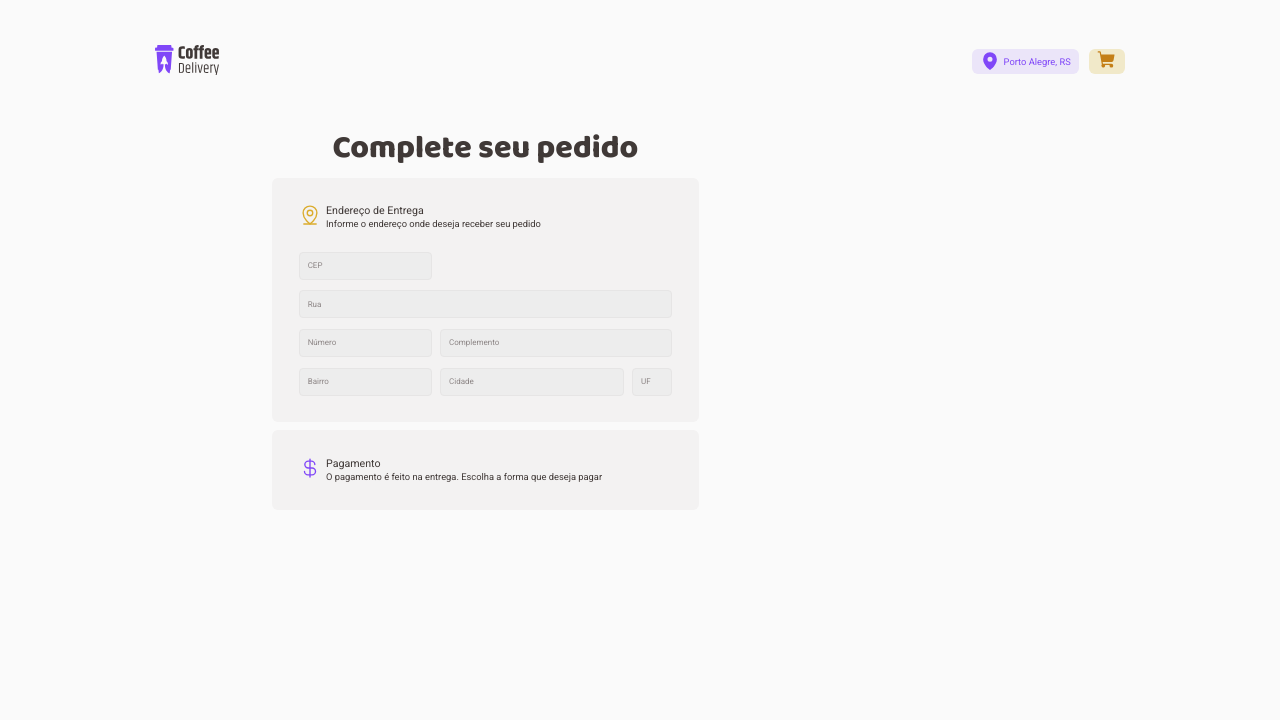
Repository: guilhermecardoso93/react-coffee-delivery
Page: /completeorder
An editor plug-in stored every save of this project. The page is shown before and after the next save, followed by the edit.
The browser window is 1280 px wide. The pictures show the whole page.
The project was rebuilt for these pictures with package versions that can differ from the ones it lists, and the page was loaded fresh each time. Also part of the build but not shown: vite.config.ts, src/pages/Home/Intro/styles.ts, src/pages/Home/Intro/index.tsx, src/data/coffees.ts, src/pages/Home/MenuCard/styles.ts, src/components/QuantityInput/styles.ts, src/components/QuantityInput/index.tsx, src/utils/formatMoney.ts and 5 more.

Above is the page before, as saved 2022-07-20 20:07:56.

### index.html
<!DOCTYPE html>
<html lang="en">
  <head>
    <meta charset="UTF-8" />
    <link rel="icon" type="image/svg+xml" href="/src/assets/favicon.ico" />
    <link rel="preconnect" href="https://fonts.googleapis.com" />
    <link rel="preconnect" href="https://fonts.gstatic.com" crossorigin />
    <meta name="viewport" content="width=device-width, initial-scale=1.0" />
    <link
      href="https://fonts.googleapis.com/css2?family=Baloo+2:wght@700;800&family=Roboto:wght@400;500;700&display=swap"
      rel="stylesheet"
    />
    <title>Coffee Delivery - Rocketseat</title>
  </head>
  <body>
    <div id="root"></div>
    <script type="module" src="/src/main.tsx"></script>
  </body>
</html>

### src/App.tsx
import { ThemeProvider } from "styled-components";
import { defaultTheme } from "./styles/themes/default";
import { GlobalStyle } from "./styles/global";
import { Router } from "./Router";
import { BrowserRouter } from "react-router-dom";

export function App() {
  return (
    <ThemeProvider theme={defaultTheme}>
      <BrowserRouter>
        <Router />
        <GlobalStyle />
      </BrowserRouter>
    </ThemeProvider>
  );
}

### src/styles/themes/default.ts
export const defaultTheme = {
  colors: {
    "white": "#FFFFFF",
    "base-background": "#FAFAFA",
    "base-card": "#F3F2F2",
    "base-input": "#EDEDED",
    "base-button": "#E6E5E5",
    "base-hover": "#D7D5D5",
    "base-label": "#8D8686",
    "base-text": "#574F4D",
    "base-subtitle": "#403937",
    "base-title": "#272221",
    "base-error": "#f84747",
    "brand-purple-dark": "#4B2995",
    "brand-purple": "#8047F8",
    "brand-purple-light": "#EBE5F9",
    "brand-yellow-dark": "#C47F17",
    "brand-yellow": "#DBAC2C",
    "brand-yellow-light": "#F1E9C9"
  },
  textSizes: {
    "title-title-xl": "3rem",
    "title-title-l": "2rem",
    "title-title-m": "1.5rem",
    "title-title-s": "1.2rem",
    "title-title-xs": "1.125rem",
    "text-regular-l": "1.25rem",
    "text-bold-l": "1.25rem",
    "text-regular-m": "1rem",
    "text-bold-m": "1rem",
    "text-regular-s": "0.875rem",
    "text-bold-s": "0.75rem",
    "components-tag": "0.625rem",
    "components-button-g": "0.875rem",
    "components-button-s": "0.75rem",
  },
  fonts: {
    regular: "'Roboto'",
    title: "'Baloo 2'",
  },
};

### src/styles/global.ts
import { createGlobalStyle } from "styled-components";
import { px2vw } from "../utils/px2vw";

export const GlobalStyle = createGlobalStyle`
  * {
    margin: 0;
    padding: 0;
    box-sizing: border-box;
    outline: none;
  }
  :root {
      font-size: ${px2vw(16)};

      @media (min-width: 768px) {
        font-size: ${px2vw(14)};
      }

      @media (min-width: 1024px) {
        font-size: ${px2vw(12)};
      }
    }
  body {
    background: ${({ theme }) => theme.colors["base-background"]};
    color: ${({ theme }) => theme.colors["base-text"]};
    -webkit-font-smoothing: antialiased;
  }
  body, input, textarea, button {
    font-family: 'Roboto', sans-serif;
    font-weight: 400;
    font-size: 1rem;
  }
  button {
    cursor: pointer;
  }
  a {
    text-decoration: none;
  }
  input::-webkit-outer-spin-button,
  input::-webkit-inner-spin-button {
    -webkit-appearance: none;
    margin: 0;
  }
  input[type="number"] {
    -moz-appearance: textfield;
  }
  ::-webkit-scrollbar {
    width: 0.4rem;
  }
  ::-webkit-scrollbar-track {
    background: ${({ theme }) => theme.colors["base-button"]}
  }
  ::-webkit-scrollbar-thumb {
    border-radius: 2rem;
    background: ${({ theme }) => theme.colors["brand-purple"]}
  }
`;

### src/Router.tsx
import { Route, Routes } from "react-router-dom";
import { DefaultLayout } from "./layouts/DefaultLayout";
import { CompleteOrder } from "./pages/CompleteOrder";
import { Home } from "./pages/Home";

export function Router() {
  return (
    <Routes>
      <Route path="/" element={<DefaultLayout />}>
        <Route path="/" element={<Home />} />
        <Route path="/completeorder" element={<CompleteOrder />} />
      </Route>
    </Routes>
  );
}

### src/utils/px2vw.ts
export const px2vw = (size: number, width = 1440) => `${(size / width) * 100}vw`;

### src/pages/CompleteOrder/index.tsx
import { CompleteOrderForm } from "./components/CompleteOrderForm";
import { CompleteOrderContainer } from "./styles";

export function CompleteOrder() {
  return (
    <CompleteOrderContainer className="container">
      <CompleteOrderForm/>
    </CompleteOrderContainer>
  );
}

### src/components/Header/index.tsx
import { MapPin, ShoppingCart } from "phosphor-react";
import { NavLink } from "react-router-dom";
import Logo from "../../assets/logo.svg";
import { HeaderButton, HeaderButtonBase, HeaderContainer } from "./styles";

export function Header() {
  return (
    <HeaderContainer>
      <div>
        <NavLink to="/">
          <img
            src={Logo}
            alt="Coffee Delivery Logo - copo de café escrito delivery"
          />
        </NavLink>
      </div>
      <div>
        <HeaderButton>
          <HeaderButtonBase variant="purple">
            <MapPin size={20} weight="fill" />
            Porto Alegre, RS
          </HeaderButtonBase>
          <HeaderButtonBase variant="yellow">
            <NavLink to="/completeorder">
              <ShoppingCart size={20} weight="fill" />
            </NavLink>
          </HeaderButtonBase>
        </HeaderButton>
      </div>
    </HeaderContainer>
  );
}

### src/layouts/DefaultLayout/styles.ts
import styled from "styled-components";

export const LayoutContainer = styled.div`
  max-width: 80vw;
  margin: 0 auto;
  padding: 2.5rem;

  display: flex;
  flex-direction: column;

  .container {
    width: 100%;
    max-width: 70rem;
    margin-right: auto;
    margin-left: auto;

    padding: 0 0.5rem;
  }
`;

### src/pages/CompleteOrder/components/CompleteOrderForm/index.tsx
import { MapPinLine, CurrencyDollar } from "phosphor-react";
import { useTheme } from "styled-components";
import { TitleText } from "../../../../components/Texts";
import { SectionTitleForm } from "../SectiontitleForm";
import { AddressForm } from "./AdressForm";
import { CompleteOrderFormContainer, FormSectionContainer } from "./styles";

export function CompleteOrderForm() {
  const { colors } = useTheme();
  return (
    <CompleteOrderFormContainer>
      <TitleText size="xl" color="subtitle">
        {" "}Complete seu pedido
      </TitleText>

      <FormSectionContainer>
        <SectionTitleForm
          title="Endereço de Entrega"
          subtitle="Informe o endereço onde deseja receber seu pedido"
          icon={<MapPinLine size={22} color={colors["brand-yellow"]} />}
        />
        <AddressForm />
      </FormSectionContainer>

      <FormSectionContainer>
        <SectionTitleForm
          title="Pagamento"
          subtitle="O pagamento é feito na entrega. Escolha a forma que deseja pagar"
          icon={<CurrencyDollar size={22} color={colors["brand-purple"]} />}
        />
      </FormSectionContainer>
    </CompleteOrderFormContainer>
  );
}

### src/pages/CompleteOrder/styles.ts
import styled from "styled-components";

export const CompleteOrderContainer = styled.form`
  display: flex;
  align-items: center;
  justify-content: space-between;

  margin-top: 3rem;
`;

export const SectionBaseStyle = styled.div`
  width: 100%;
  background: ${({ theme }) => theme.colors["base-card"]};
  border-radius: 6px;
  padding: 2.5rem;
`;

### src/components/Header/styles.ts
import styled, { css } from "styled-components";

export const HeaderContainer = styled.header`
  width: 100%;
  display: flex;
  align-items: center;
  justify-content: space-between;
  height: 6.5rem;
  background: ${({ theme }) => theme.colors["base-background"]};
  position: sticky;
  top: 0;
  left: 0;
  z-index: 5;

  img {
    width:6rem;
  }
`;

export const HeaderButton = styled.div`
  display: flex;
  align-items: center;
  justify-content: center;
  gap: 1rem;
`;

interface HeaderButtonProps {
  variant: "purple" | "yellow";
}

export const HeaderButtonBase = styled.div<HeaderButtonProps>`
  display: flex;
  justify-content: center;
  align-items: center;
  padding: 8px;
  gap: 4px;
  border-radius: 6px;
  border: none;
  min-width: 2.3rem;
  height: 2.3rem;
  position: relative;
  font-size: 0.875rem;

  ${({ variant, theme }) =>
    variant === "purple" &&
    css`
      background-color: ${theme.colors[`brand-${variant}-light`]};
      color: ${theme.colors[`brand-${variant}`]};
    `}

  ${({ variant, theme }) =>
    variant === "yellow" &&
    css`
      background-color: ${theme.colors[`brand-${variant}-light`]};
      svg {
        color: ${theme.colors[`brand-${variant}-dark`]};
      }
    `}
`;

### src/components/Texts.ts
import styled from "styled-components";

interface TitleTextProps {
  size?: "xl" | "l" | "m" | "s" | "xs";
  color?: "title" | "subtitle" | "text";
  weight?: string | number;
}

interface RegularTextProps {
  size?: "l" | "m" | "s";
  color?: "text" | "subtitle" | "label";
  weight?: string | number;
}

export const TitleText = styled.h1<TitleTextProps>`
  color: ${({ theme, color }) => theme.colors[`base-${color ?? "title"}`]};
  font-size: ${({ theme, size }) =>
    theme.textSizes[`title-title-${size ?? "m"}`]};
  font-family: ${({ theme }) => theme.fonts.title};
  line-height: 130%;
  font-weight: ${({ weight }) => weight ?? 800};
`;

export const RegularText = styled.p<RegularTextProps>`
  color: ${({ theme, color }) => theme.colors[`base-${color ?? "text"}`]};
  font-size: ${({ theme, size }) =>
    theme.textSizes[`text-regular-${size ?? "m"}`]};
  line-height: 130%;
  font-weight: ${({ weight }) => weight ?? 400};
`;

### src/pages/CompleteOrder/components/SectiontitleForm/index.tsx
import { ReactNode } from "react";
import { RegularText, TitleText } from "../../../../components/Texts";
import { AddressForm } from "../CompleteOrderForm/AdressForm";
import { SectionTitleFormContainer } from "./styles";

interface SectionTitleProps {
  title: string;
  subtitle: string;
  icon: ReactNode;
}

export function SectionTitleForm({ title, subtitle, icon }: SectionTitleProps) {
  return (
    <SectionTitleFormContainer>
      {icon}
      <div>
        <RegularText color="subtitle">
          {title}
        </RegularText>
        <RegularText size="s" color="subtitle">
          {subtitle}
        </RegularText>
      </div>
    </SectionTitleFormContainer>
  );
}

### src/pages/CompleteOrder/components/CompleteOrderForm/AdressForm.tsx
import { Input } from "../../../../components/Input";
import { AddressFormContainer } from "./styles";

export function AddressForm() {
  return (
    <AddressFormContainer>
      <Input placeholder="CEP" type="number" className="cep" />
      <Input placeholder="Rua" type="text" className="street" />
      <Input placeholder="Número" type="number" />
      <Input placeholder="Complemento" type="text" className="complement" />
      <Input placeholder="Bairro" type="text" />
      <Input placeholder="Cidade" type="text" />
      <Input placeholder="UF" type='text'/>
    </AddressFormContainer>
  );
}

### src/pages/CompleteOrder/components/CompleteOrderForm/styles.ts
import styled from "styled-components";
import { SectionBaseStyle } from "../../styles";

export const CompleteOrderFormContainer = styled.div`
  display: flex;
  flex-direction: column;
  align-items: center;
  justify-content: space-between;

  width: 40rem;
  gap: 0.75rem;
`;

export const FormSectionContainer = styled(SectionBaseStyle)`
  display: flex;
  flex-direction: column;
  gap: 2rem;
`;

export const AddressFormContainer = styled.div`
  width: 100%;
  display: grid;
  grid-template-columns: 12.5rem 17.25rem 3.75rem;
  column-gap: 0.75rem;
  row-gap: 1rem;
  grid-auto-flow: dense;

  .cep {
    grid-column: span 3;
    max-width: 12.5rem;
  }

  .street {
    grid-column: span 3;
  }

  .complement {
    grid-column: span 2;
  }
`;

export const PaymentOptionsFormContainer = styled.div`
  display: grid;
  grid-template-columns: repeat(3fr);
  gap: 0.75rem;
`;

### src/pages/CompleteOrder/components/SectiontitleForm/styles.ts
import styled from "styled-components";

export const SectionTitleFormContainer = styled.div`
  display: flex;
  gap: 0.5rem;
`;

### src/components/Input/index.tsx
import { forwardRef, InputHTMLAttributes } from "react";
import { RegularText } from "../Texts";
import {
  InputWrapper,
  InputStyleContainer,
  InputStyled,
  RightText
} from "./styles";

type InputProps = InputHTMLAttributes<HTMLInputElement> & {
  error?: string;
  rightText?: string;
};

export const Input = forwardRef<
  HTMLInputElement,
  InputProps
>(({ error, rightText, className, ...props }, ref) => {
  return (
    <InputWrapper className={className}>
      <InputStyleContainer hasError={!!error}>
        <InputStyled ref={ref} {...props} />
        {rightText &&
          <RightText>
            {rightText}
          </RightText>}
      </InputStyleContainer>
      {error &&
        <RegularText size="s">
          {error}
        </RegularText>}
    </InputWrapper>
  );
});

### src/components/Input/styles.ts
import styled, { css } from "styled-components";

export const InputWrapper = styled.div`
  display: flex;
  flex-direction: column;
  gap: 0.3rem;
  position: relative;
  > p {
    color: ${({ theme }) => theme.colors["base-error"]};
  }
`;

interface InputContainerProps {
  hasError: boolean;
}

export const InputStyleContainer = styled.div<InputContainerProps>`
  height: 2.625rem;
  border-radius: 4px;
  border: 1px solid ${({ theme }) => theme.colors["base-button"]};
  background: ${({ theme }) => theme.colors["base-input"]};
  display: flex;
  align-items: center;
  transition: 0.4s;
  display: flex;
  align-items: center;
  justify-content: space-between;
  overflow: hidden;
  &:focus-within {
    border-color: ${({ theme }) => theme.colors["brand-yellow-dark"]};
  }
  ${({ theme, hasError }) =>
    hasError &&
    css`
      border-color: ${theme.colors["base-error"]};
    `}
`;

export const InputStyled = styled.input`
  flex: 1;
  background: none;
  border: none;
  padding: 0 0.75rem;
  height: 100%;
  font-size: 0.75rem;
  color: ${({ theme }) => theme.colors["base-text"]};
  &::placeholder {
    color: ${({ theme }) => theme.colors["base-label"]};
  }
`;

export const RightText = styled.p`
  font-size: 0.75rem;
  margin-right: 0.75rem;
  font-style: italic;
  color: ${({ theme }) => theme.colors["base-label"]};
`;

### src/pages/CompleteOrder/components/CompleteOrderForm/PaymentOptionsForm.tsx
import { Input } from "../../../../components/Input";
import { AddressFormContainer, PaymentOptionsFormContainer } from "./styles";

export function PaymentOptionsForm() {
  return (
    <PaymentOptionsFormContainer>
      <Input placeholder="CEP" type="number" className="cep" />
      <Input placeholder="Rua" type="text" className="street" />
      <Input placeholder="Número" type="number" />
      <Input placeholder="Complemento" type="text" className="complement" />
      <Input placeholder="Bairro" type="text" />
      <Input placeholder="Cidade" type="text" />
      <Input placeholder="UF" type='text'/>
    </PaymentOptionsFormContainer>
  );
}

### src/pages/CompleteOrder/components/PaymentOptionInput/index.tsx
import { ReactNode } from "react";
import { RegularText, TitleText } from "../../../../components/Texts";
import { AddressForm } from "../CompleteOrderForm/AdressForm";
import { SectionTitleFormContainer } from "./styles";

interface SectionTitleProps {
  title: string;
  subtitle: string;
  icon: ReactNode;
}

export function SectionTitleForm({ title, subtitle, icon }: SectionTitleProps) {
  return (
    <SectionTitleFormContainer>
      {icon}
      <div>
        <RegularText color="subtitle">
          {title}
        </RegularText>
        <RegularText size="s" color="subtitle">
          {subtitle}
        </RegularText>
      </div>
    </SectionTitleFormContainer>
  );
}

### src/pages/CompleteOrder/components/PaymentOptionInput/styles.ts
import styled from "styled-components";

export const SectionTitleFormContainer = styled.div`
  display: flex;
  gap: 0.5rem;
`;

Loaded but not shown: src/main.tsx (common file); src/layouts/DefaultLayout/index.tsx (common file)

After the next save:
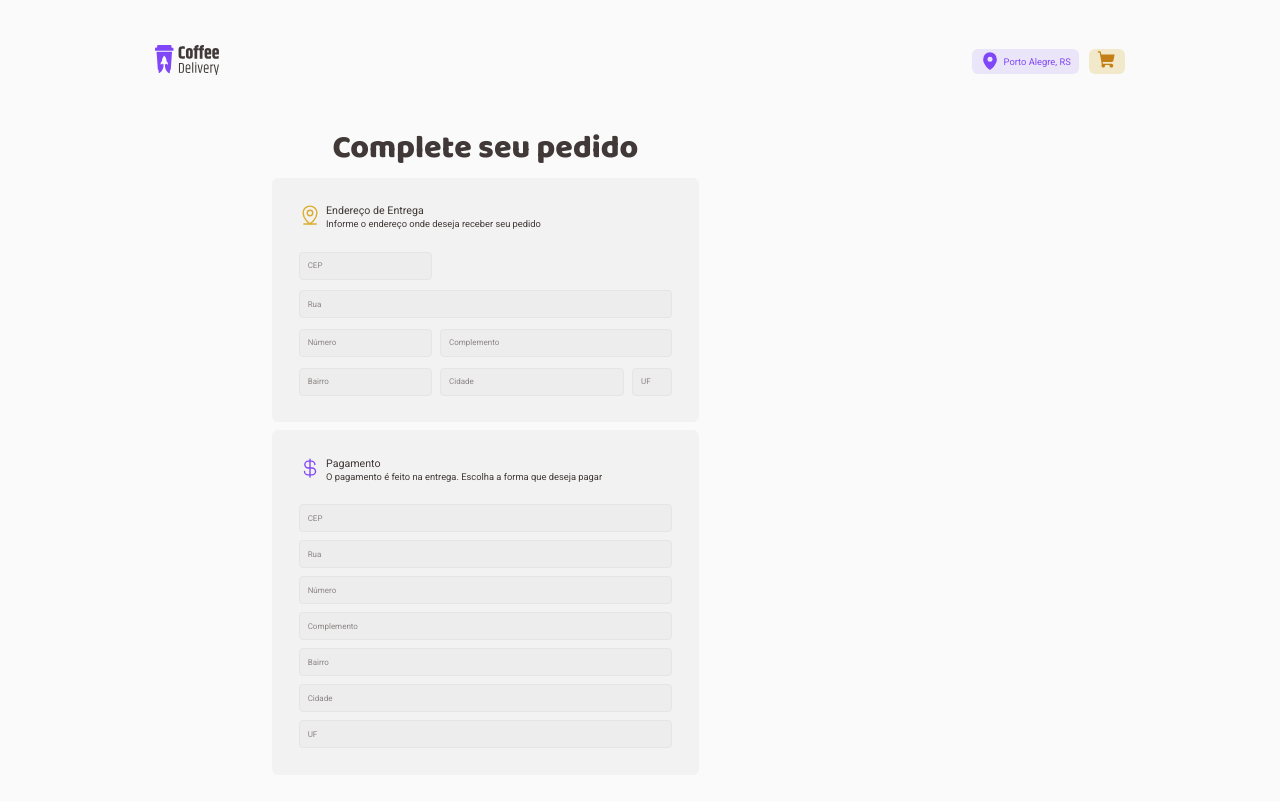
Saved 28 s later.
--- a/src/pages/CompleteOrder/components/CompleteOrderForm/index.tsx
+++ b/src/pages/CompleteOrder/components/CompleteOrderForm/index.tsx
@@ -3,6 +3,7 @@ import { useTheme } from "styled-components";
 import { TitleText } from "../../../../components/Texts";
 import { SectionTitleForm } from "../SectiontitleForm";
 import { AddressForm } from "./AdressForm";
+import { PaymentOptionsForm } from "./PaymentOptionsForm";
 import { CompleteOrderFormContainer, FormSectionContainer } from "./styles";
 
 export function CompleteOrderForm() {
@@ -28,6 +29,7 @@ export function CompleteOrderForm() {
           subtitle="O pagamento é feito na entrega. Escolha a forma que deseja pagar"
           icon={<CurrencyDollar size={22} color={colors["brand-purple"]} />}
         />
+        <PaymentOptionsForm/>
       </FormSectionContainer>
     </CompleteOrderFormContainer>
   );

After the 5 saves that followed:
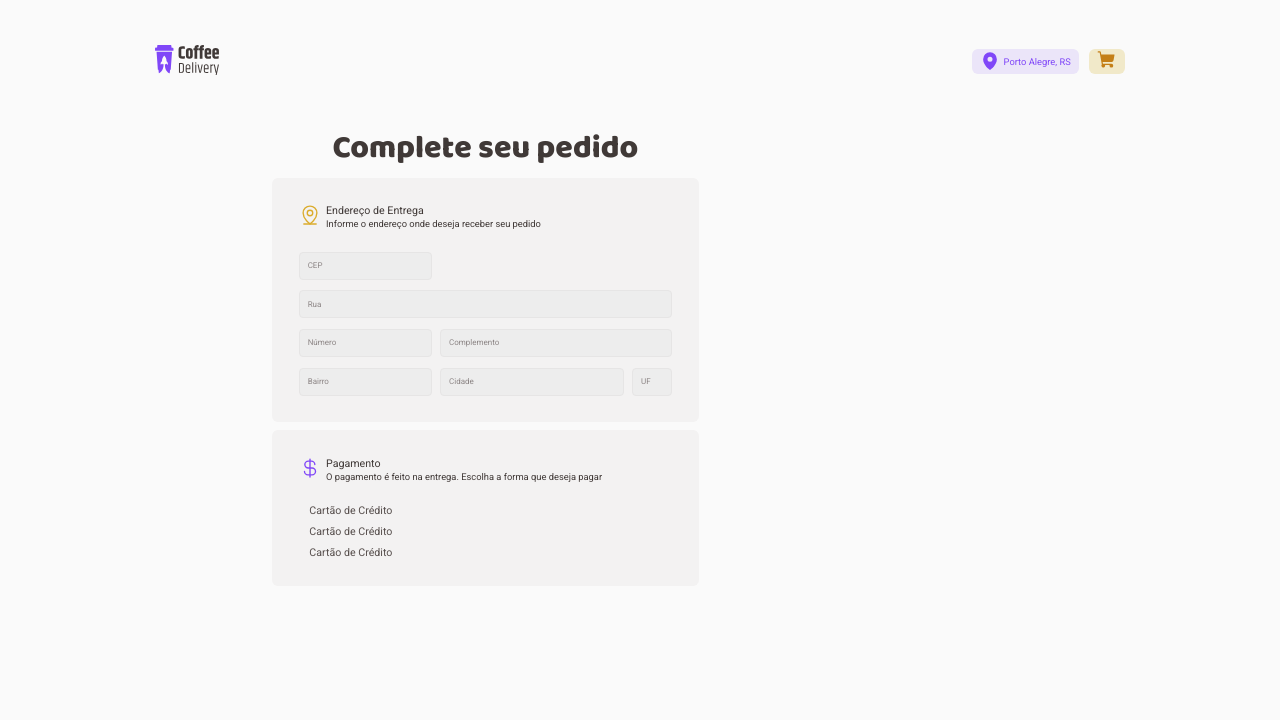
The 5 saves are shown as one change because 4 left the picture as it was.
The last was saved 3 min 44 s later.
--- a/src/pages/CompleteOrder/components/CompleteOrderForm/PaymentOptionsForm.tsx
+++ b/src/pages/CompleteOrder/components/CompleteOrderForm/PaymentOptionsForm.tsx
@@ -1,16 +1,13 @@
 import { Input } from "../../../../components/Input";
+import { PaymentOptionInput } from "../PaymentOptionInput";
 import { AddressFormContainer, PaymentOptionsFormContainer } from "./styles";
 
 export function PaymentOptionsForm() {
   return (
     <PaymentOptionsFormContainer>
-      <Input placeholder="CEP" type="number" className="cep" />
-      <Input placeholder="Rua" type="text" className="street" />
-      <Input placeholder="Número" type="number" />
-      <Input placeholder="Complemento" type="text" className="complement" />
-      <Input placeholder="Bairro" type="text" />
-      <Input placeholder="Cidade" type="text" />
-      <Input placeholder="UF" type='text'/>
+      <PaymentOptionInput/>
+      <PaymentOptionInput/>
+      <PaymentOptionInput/>
     </PaymentOptionsFormContainer>
   );
 }
--- a/src/pages/CompleteOrder/components/PaymentOptionInput/index.tsx
+++ b/src/pages/CompleteOrder/components/PaymentOptionInput/index.tsx
@@ -1,26 +1,9 @@
-import { ReactNode } from "react";
-import { RegularText, TitleText } from "../../../../components/Texts";
-import { AddressForm } from "../CompleteOrderForm/AdressForm";
-import { SectionTitleFormContainer } from "./styles";
+import { PaymentOptionInputContainer } from "./styles";
 
-interface SectionTitleProps {
-  title: string;
-  subtitle: string;
-  icon: ReactNode;
-}
-
-export function SectionTitleForm({ title, subtitle, icon }: SectionTitleProps) {
+export function PaymentOptionInput() {
   return (
-    <SectionTitleFormContainer>
-      {icon}
-      <div>
-        <RegularText color="subtitle">
-          {title}
-        </RegularText>
-        <RegularText size="s" color="subtitle">
-          {subtitle}
-        </RegularText>
-      </div>
-    </SectionTitleFormContainer>
+    <PaymentOptionInputContainer>
+      Cartão de Crédito
+    </PaymentOptionInputContainer>
   );
 }
--- a/src/pages/CompleteOrder/components/PaymentOptionInput/styles.ts
+++ b/src/pages/CompleteOrder/components/PaymentOptionInput/styles.ts
@@ -1,6 +1,5 @@
 import styled from "styled-components";
 
-export const SectionTitleFormContainer = styled.div`
-  display: flex;
-  gap: 0.5rem;
+export const PaymentOptionInputContainer = styled.div`
+  padding: 0 1rem;
 `;
